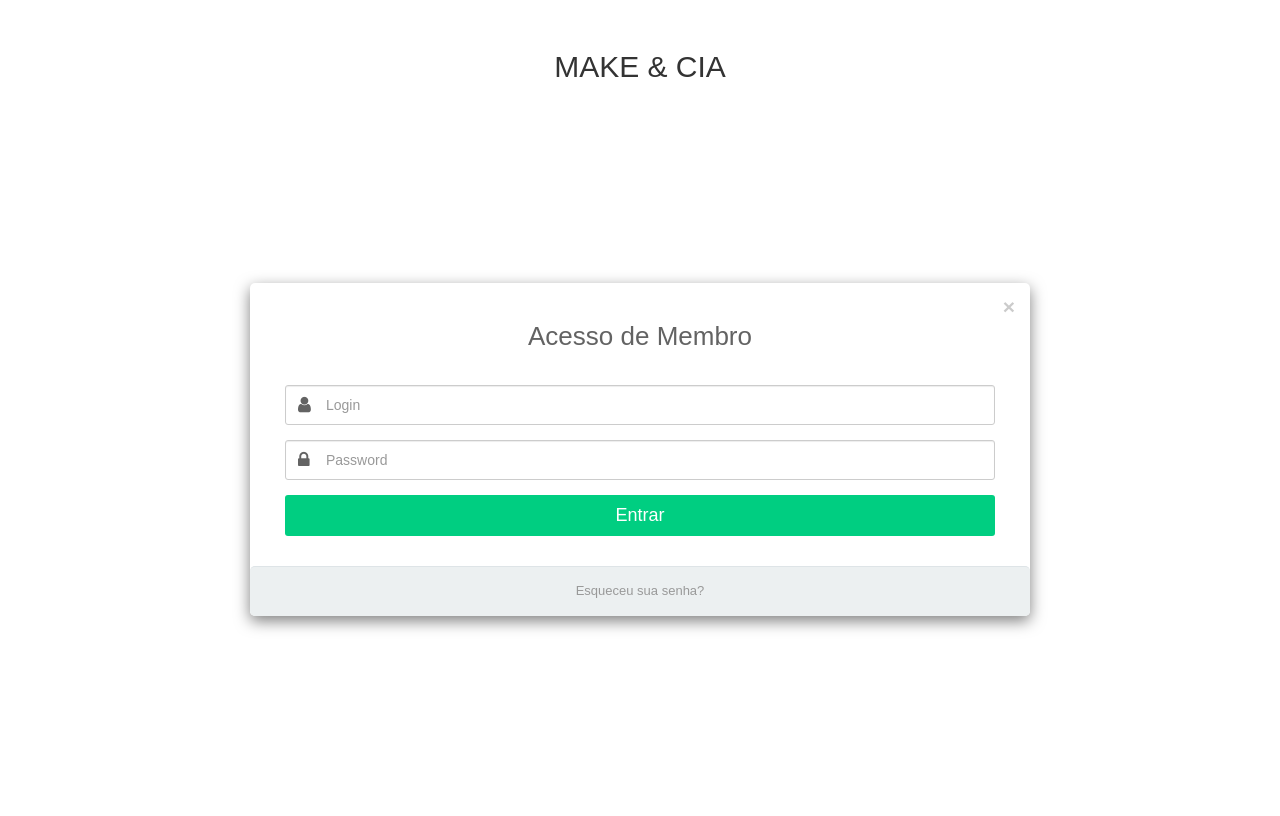
Repository: thuliobarbosa/Make_and_Cia
Page: Projeto_Make&Cia/MakeAndCia/WebContent/www/login.html
An editor plug-in stored every save of this project. The page is shown before and after the next save, followed by the edit.
The browser window is 1280 px wide. The pictures show the whole page.
Some web fonts or font styles are not loaded; a fallback is used.

Above is the page before, as saved 2020-11-10 20:11:10.

### Projeto_Make&Cia/MakeAndCia/WebContent/www/login.html
<!DOCTYPE html>
<html lang="en">
<head>
<meta charset="utf-8">
<meta http-equiv="X-UA-Compatible" content="IE=edge">
<meta name="viewport" content="width=device-width, initial-scale=1">
<title>Bootstrap Elegant Modal Login Modal Form with Icons</title>
<link href="https://fonts.googleapis.com/css?family=Roboto|Varela+Round" rel="stylesheet">
<link rel="stylesheet" href="https://maxcdn.bootstrapcdn.com/font-awesome/4.7.0/css/font-awesome.min.css">
<link rel="stylesheet" href="https://maxcdn.bootstrapcdn.com/bootstrap/3.3.7/css/bootstrap.min.css">
<script src="https://ajax.googleapis.com/ajax/libs/jquery/1.12.4/jquery.min.js"></script>
<script src="https://maxcdn.bootstrapcdn.com/bootstrap/3.3.7/js/bootstrap.min.js"></script>
<style>
    body {
		font-family: 'Varela Round', sans-serif
		/*background-image: url("dist/img/make2.jpg")*/
	}
	.title {
		font-family: 'Varela Round', sans-serif;
		margin: 50px auto;
		text-align: center;
	}
	.modal-login {
		color: #636363;
		width: 780px;
		margin: 200px auto;
	}
	.modal-login .modal-content {
		padding: 20px;
		border-radius: 5px;
		border: none;
	}
	.modal-login .modal-header {
		border-bottom: none;
		position: relative;
		justify-content: center;
	}
	.modal-login h4 {
		text-align: center;
		font-size: 26px;
	}
	.modal-login  .form-group {
		position: relative;
	}
	.modal-login i {
		position: absolute;
		left: 13px;
		top: 11px;
		font-size: 18px;
	}
	.modal-login .form-control {
		padding-left: 40px;
	}
	.modal-login .form-control:focus {
		border-color: #00ce81;
	}
	.modal-login .form-control, .modal-login .btn {
		min-height: 40px;
		border-radius: 3px;
	}
	.modal-login .hint-text {
		text-align: center;
		padding-top: 10px;
	}
	.modal-login .close {
        position: absolute;
		top: -5px;
		right: -5px;
	}
	.modal-login .btn {
		background: #00ce81;
		border: none;
		line-height: normal;
	}
	.modal-login .btn:hover, .modal-login .btn:focus {
		background: #00bf78;
	}
	.modal-login .modal-footer {
		background: #ecf0f1;
		border-color: #dee4e7;
		text-align: center;
		margin: 0 -20px -20px;
		border-radius: 5px;
		font-size: 13px;
		justify-content: center;
	}
	.modal-login .modal-footer a {
		color: #999;
	}
	.trigger-btn {
		display: inline-block;
		margin: 100px auto;
	}
</style>
</head>
<body>

	<div class="title">
		<h2>MAKE & CIA</h2>
	</div>


<!-- Modal HTML -->
	<div class="modal-dialog modal-login">
		<div class="modal-content">
			<div class="modal-header">
				<h4 class="modal-title">Acesso de Membro</h4>
				<button type="button" class="close" data-dismiss="modal" aria-hidden="true">&times;</button>
			</div>
			<div class="modal-body">
				<form role="form" id="tela-login">
					<div class="form-group">
						<i class="fa fa-user"></i>
						<input type="text" class="form-control" placeholder="Login" required="required" id="">
					</div>
					<div class="form-group">
						<i class="fa fa-lock"></i>
						<input type="password" class="form-control" placeholder="Password" required="required">
					</div>
					<div class="form-group">
						<input type="submit" class="btn btn-primary btn-block btn-lg" value="Entrar">
					</div>
				</form>
			</div>
			<div class="modal-footer">
				<a href="#">Esqueceu sua senha?</a>
			</div>
		</div>
	</div>
</body>
</html>

After the next save:
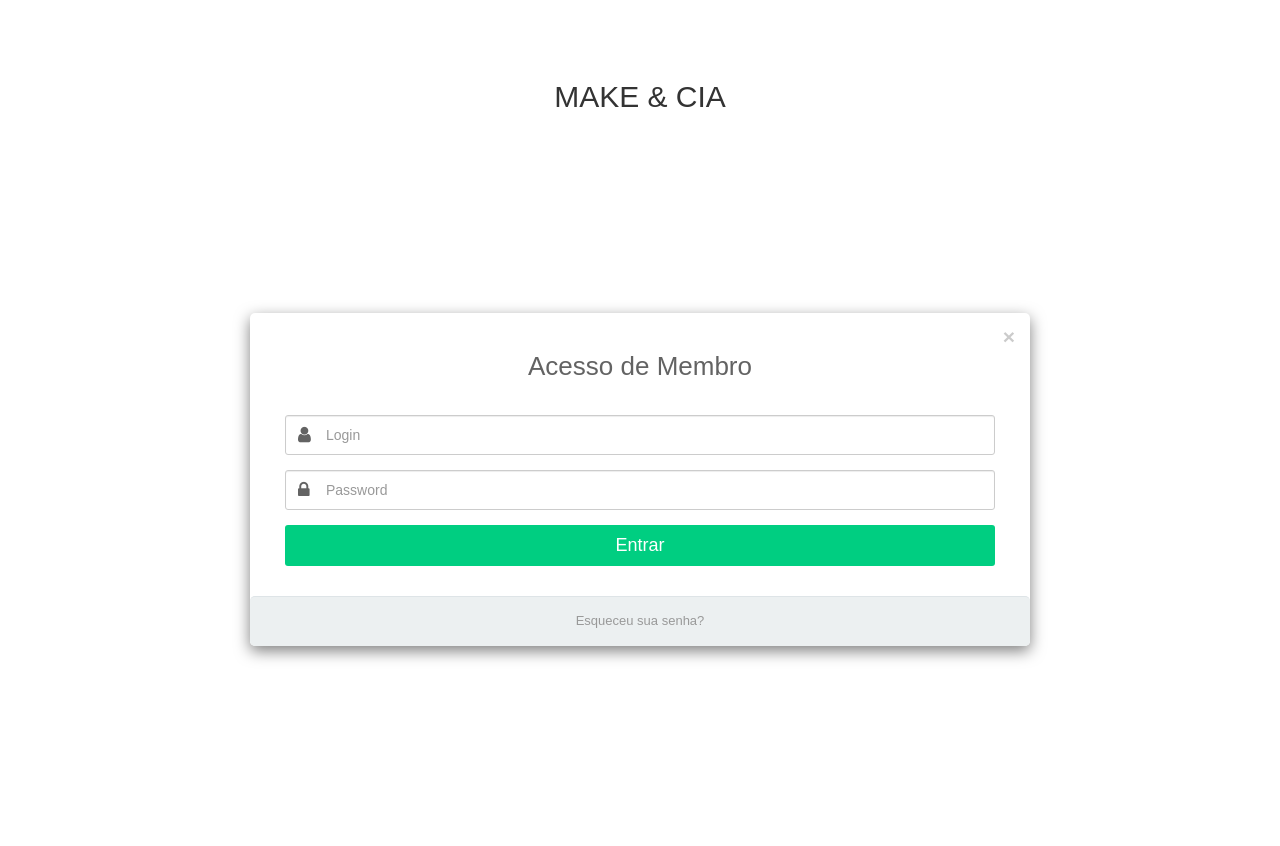
Saved 4 s later.
--- a/Projeto_Make&Cia/MakeAndCia/WebContent/www/login.html
+++ b/Projeto_Make&Cia/MakeAndCia/WebContent/www/login.html
@@ -17,7 +17,7 @@
 	}
 	.title {
 		font-family: 'Varela Round', sans-serif;
-		margin: 50px auto;
+		margin: 80px auto;
 		text-align: center;
 	}
 	.modal-login {
